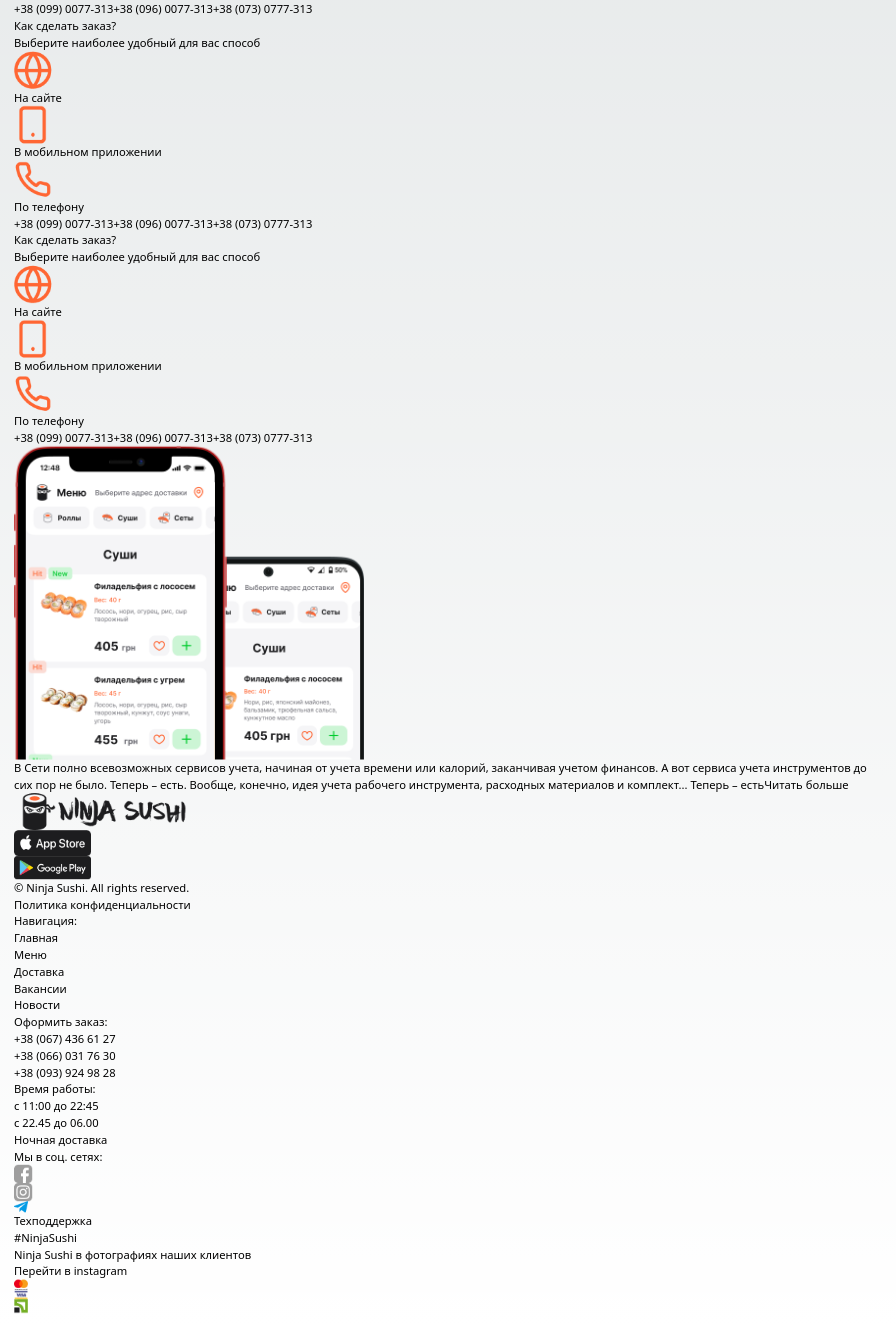
Repository: shokirovG/loyiha
Page: /Delivery
These files come from the project's save history. The page is drawn as it stood at one moment and after a run of saves; the edit follows.
The browser window is 1280 px wide. The pictures show the part of the page from y = 1640 to 3560 px (the page is 3536 px tall before and 3560 px after), at 70% of full size.
The project was rebuilt for these pictures with package versions that can differ from the ones it lists, and the page was loaded fresh each time. The framework's server and built-in components were replaced by stand-ins that run in the browser. Also part of the build but not shown: next.config.js, Components/Burger.jsx, Components/Categories.jsx, Components/Slider.js, Components/OpenNav.jsx.

Above is the page before, as saved 2023-07-02 15:59:51.

### pages/Delivery.jsx
import { Header } from "@/Components";
import DeliveryCards from "@/Components/DeliveryCards";
import Footer from "@/Components/Footer";
import Map from "@/Components/Map";
import React from "react";

const delivery = () => {
  return (
    <div className="container p-5">
      <Header />
      <Map />
      <DeliveryCards />
      <Footer />
    </div>
  );
};

export default delivery;

### Components/index.js
export { default as Header } from "./Header";
export { default as Burger } from "./Burger";
export { default as Categories } from "./Categories";
export { default as Slider } from "./Slider";
export { default as OpenNav } from "./OpenNav";

### Components/DeliveryCards.jsx
import Image from "next/image";
import React from "react";

const DeliveryCards = () => {
  return (
    <div className="w-[1044px] gap-[100px] flex flex-col justify-center items-center border-[5px] h-[2020px] mt-20 m-auto">
      <div className="card_items flex items-start flex-col w-[100%] h-[412px] border-[2px]">
        <h1 className="ml-10 text-[38px] text-[#1D1D1F] font-[700]">
          Как сделать заказ?
        </h1>
        <p className="ml-10 text-[#686870] text-[16px] font-[400]">
          Выберите наиболее удобный для вас способ
        </p>
        <div className="flex w-[100%] justify-center gap-[20px] items-center mt-5">
          <div className="w-[304px] h-[292px] bg-white rounded-[12px] flex flex-col items-center justify-center">
            <Image src={"/imgs/glob.png"} width={54} height={54} />
            <h2 className="text-[#1D1D1F] text-[20px] font-[500] mt-1">
              На сайте
            </h2>
          </div>
          <div className="w-[304px] h-[292px] bg-white rounded-[12px] flex flex-col items-center justify-center">
            <Image src={"/imgs/telNew.png"} width={54} height={54} />
            <h2 className="text-[#1D1D1F] text-[20px] font-[500] mt-1">
              В мобильном приложении
            </h2>
          </div>
          <div className="w-[304px] h-[292px] bg-white rounded-[12px] flex flex-col items-center justify-center">
            <Image src={"/imgs/telcha.png"} width={54} height={54} />
            <h2 className="text-[#1D1D1F] text-[20px] font-[500] mt-1">
              По телефону
            </h2>
            <span className="mt-1 flex items-center justify-center w-[175px] h-[34px] bg-[#F5F5F7] rounded-[24px]">
              +38 (099) 0077-313
            </span>
            <span className="mt-1 flex items-center justify-center w-[175px] h-[34px] bg-[#F5F5F7] rounded-[24px]">
              +38 (096) 0077-313
            </span>
            <span className="mt-1 flex items-center justify-center w-[175px] h-[34px] bg-[#F5F5F7] rounded-[24px]">
              +38 (073) 0777-313
            </span>
          </div>
        </div>
      </div>
      <div className="card_items flex items-start flex-col w-[100%] h-[412px] border-[2px]">
        <h1 className="ml-10 text-[38px] text-[#1D1D1F] font-[700]">Оплата</h1>
        <p className="ml-10 text-[#686870] text-[16px] font-[400]">
          Убедитесь, что стоимость вашего заказа равна или превышает 400 гривен
        </p>
        <div className="flex w-[100%] justify-center gap-[20px] items-center mt-5">
          <div className="w-[304px] h-[292px] bg-white rounded-[12px] flex flex-col items-center justify-center">
            <Image src={"/imgs/glob.png"} width={54} height={54} />
            <h2 className="text-center text-[#1D1D1F] text-[20px] font-[500] mt-1">
              Наличными курьеру
            </h2>
            <p className="ml-10 text-[#686870] text-[16px] font-[400]">
              У наших ниндзя всегда есть сдача
            </p>
          </div>
          <div className="w-[304px] h-[292px] bg-white rounded-[12px] flex flex-col items-center justify-center">
            <Image src={"/imgs/telNew.png"} width={54} height={54} />
            <h2 className="text-[#1D1D1F] text-[20px] font-[500] mt-1">
              В мобильном приложении
            </h2>
          </div>
          <div className="w-[304px] h-[292px] bg-white rounded-[12px] flex flex-col items-center justify-center">
            <Image src={"/imgs/telcha.png"} width={54} height={54} />
            <h2 className="text-[#1D1D1F] text-[20px] font-[500] mt-1">
              По телефону
            </h2>
            <span className="mt-1 flex items-center justify-center w-[175px] h-[34px] bg-[#F5F5F7] rounded-[24px]">
              +38 (099) 0077-313
            </span>
            <span className="mt-1 flex items-center justify-center w-[175px] h-[34px] bg-[#F5F5F7] rounded-[24px]">
              +38 (096) 0077-313
            </span>
            <span className="mt-1 flex items-center justify-center w-[175px] h-[34px] bg-[#F5F5F7] rounded-[24px]">
              +38 (073) 0777-313
            </span>
          </div>
        </div>
      </div>
      <div className="card_items flex items-start flex-col w-[100%] h-[412px] border-[2px]">
        <h1 className="ml-10 text-[38px] text-[#1D1D1F] font-[700]">
          Как сделать заказ?
        </h1>
        <p className="ml-10 text-[#686870] text-[16px] font-[400]">
          Выберите наиболее удобный для вас способ
        </p>
        <div className="flex w-[100%] justify-center gap-[20px] items-center mt-5">
          <div className="w-[304px] h-[292px] bg-white rounded-[12px] flex flex-col items-center justify-center">
            <Image src={"/imgs/glob.png"} width={54} height={54} />
            <h2 className="text-[#1D1D1F] text-[20px] font-[500] mt-1">
              На сайте
            </h2>
          </div>
          <div className="w-[304px] h-[292px] bg-white rounded-[12px] flex flex-col items-center justify-center">
            <Image src={"/imgs/telNew.png"} width={54} height={54} />
            <h2 className="text-[#1D1D1F] text-[20px] font-[500] mt-1">
              В мобильном приложении
            </h2>
          </div>
          <div className="w-[304px] h-[292px] bg-white rounded-[12px] flex flex-col items-center justify-center">
            <Image src={"/imgs/telcha.png"} width={54} height={54} />
            <h2 className="text-[#1D1D1F] text-[20px] font-[500] mt-1">
              По телефону
            </h2>
            <span className="mt-1 flex items-center justify-center w-[175px] h-[34px] bg-[#F5F5F7] rounded-[24px]">
              +38 (099) 0077-313
            </span>
            <span className="mt-1 flex items-center justify-center w-[175px] h-[34px] bg-[#F5F5F7] rounded-[24px]">
              +38 (096) 0077-313
            </span>
            <span className="mt-1 flex items-center justify-center w-[175px] h-[34px] bg-[#F5F5F7] rounded-[24px]">
              +38 (073) 0777-313
            </span>
          </div>
        </div>
      </div>
      <div className="card_items flex items-start flex-col w-[100%] h-[412px] border-[2px]">
        <h1 className="ml-10 text-[38px] text-[#1D1D1F] font-[700]">
          Как сделать заказ?
        </h1>
        <p className="ml-10 text-[#686870] text-[16px] font-[400]">
          Выберите наиболее удобный для вас способ
        </p>
        <div className="flex w-[100%] justify-center gap-[20px] items-center mt-5">
          <div className="w-[304px] h-[292px] bg-white rounded-[12px] flex flex-col items-center justify-center">
            <Image src={"/imgs/glob.png"} width={54} height={54} />
            <h2 className="text-[#1D1D1F] text-[20px] font-[500] mt-1">
              На сайте
            </h2>
          </div>
          <div className="w-[304px] h-[292px] bg-white rounded-[12px] flex flex-col items-center justify-center">
            <Image src={"/imgs/telNew.png"} width={54} height={54} />
            <h2 className="text-[#1D1D1F] text-[20px] font-[500] mt-1">
              В мобильном приложении
            </h2>
          </div>
          <div className="w-[304px] h-[292px] bg-white rounded-[12px] flex flex-col items-center justify-center">
            <Image src={"/imgs/telcha.png"} width={54} height={54} />
            <h2 className="text-[#1D1D1F] text-[20px] font-[500] mt-1">
              По телефону
            </h2>
            <span className="mt-1 flex items-center justify-center w-[175px] h-[34px] bg-[#F5F5F7] rounded-[24px]">
              +38 (099) 0077-313
            </span>
            <span className="mt-1 flex items-center justify-center w-[175px] h-[34px] bg-[#F5F5F7] rounded-[24px]">
              +38 (096) 0077-313
            </span>
            <span className="mt-1 flex items-center justify-center w-[175px] h-[34px] bg-[#F5F5F7] rounded-[24px]">
              +38 (073) 0777-313
            </span>
          </div>
        </div>
      </div>
    </div>
  );
};

export default DeliveryCards;

### Components/Footer.jsx
import Image from "next/image";
import Link from "next/link";
import React from "react";

const Footer = () => {
  return (
    <div className="bigOne w-[100%] min-h-[160vh] gap-[50px] text-[16px] text-[#9E9E9E] flex flex-col justify-between mt-10">
      <div className="fex justify-around adv w-[100%] border-[3px]">
        <Image src={"/imgs/newTel.png"} width={500} height={644} />
      </div>
      <p className="paragraph w-[60%] text-center m-auto">
        В Сети полно всевозможных сервисов учета, начиная от учета времени или
        калорий, заканчивая учетом финансов. А вот сервиса учета инструментов до
        сих пор не было. Теперь – есть. Вообще, конечно, идея учета рабочего
        инструмента, расходных материалов и комплект... Теперь – есть
        <span className="float-right text-[#00CC2D] mt-2">Читать больше</span>
      </p>
      <div className="footer flex items-center justify-evenly max-w-[100%] bg-white min-h-[376px] rounded-lg">
        <div className="w-[246px] h-[248px] flex flex-col items-center justify-between">
          <div className="w-[246px] h-[156px] flex flex-col items-center justify-around">
            <Image src={"/imgs/logo.png"} width={246} height={59} />
            <div className="w-[246px] flex justify-around">
              <Image src={"/imgs/appstore.png"} width={110} height={37} />
              <Image src={"/imgs/google.png"} width={110} height={37} />
            </div>
            <span className="text-[14px]">
              © Ninja Sushi. All rights reserved.
            </span>
          </div>
          <span className="text-[14px] text-[#1D1D1F] font-[500]">
            Политика конфиденциальности
          </span>
        </div>
        <div className="footer_items max-w-[754px] min-h-[184px] flex justify-between gap-10 mb-5">
          <ul className="flex flex-col gap-[5px] w-[101px] h-[100%]">
            <li className="text-[14px] text-[#686870]">Навигация:</li>
            <li>
              <Link
                className="text-[16px] text-[#1D1D1F] font-[500]"
                href={"/"}
              >
                Главная
              </Link>
            </li>
            <li>
              <Link
                className="text-[16px] text-[#1D1D1F] font-[500]"
                href={"#"}
              >
                Меню
              </Link>
            </li>
            <li>
              <Link
                className="text-[16px] text-[#1D1D1F] font-[500]"
                href={"#"}
              >
                Доставка
              </Link>
            </li>
            <li>
              <Link
                className="text-[16px] text-[#1D1D1F] font-[500]"
                href={"#"}
              >
                Вакансии
              </Link>
            </li>
            <li>
              <Link
                className="text-[16px] text-[#1D1D1F] font-[500]"
                href={"#"}
              >
                Новости
              </Link>
            </li>
          </ul>

          <ul className="w-[168px] h-[120px] flex flex-col items-start gap-[5px]">
            <li className="text-[14px] text-[#686870]">Оформить заказ:</li>
            <li>
              <Link
                className="text-[16px] text-[#1D1D1F] font-[500]"
                href={"/"}
              >
                +38 (067) 436 61 27
              </Link>
            </li>
            <li>
              <Link
                className="text-[16px] text-[#1D1D1F] font-[500]"
                href={"#"}
              >
                +38 (066) 031 76 30
              </Link>
            </li>
            <li>
              <Link
                className="text-[16px] text-[#1D1D1F] font-[500]"
                href={"#"}
              >
                +38 (093) 924 98 28
              </Link>
            </li>
          </ul>

          <ul className="w-[137px] h-[120px] flex flex-col items-start gap-[5px]">
            <li className="text-[14px] text-[#686870]">Время работы:</li>
            <li>
              <Link
                className="text-[16px] text-[#1D1D1F] font-[500]"
                href={"/"}
              >
                с 11:00 до 22:45
              </Link>
            </li>
            <li>
              <Link
                className="text-[16px] text-[#1D1D1F] font-[500]"
                href={"#"}
              >
                с 22.45 до 06.00
              </Link>
            </li>
            <li className="text-[14px] text-[#686870]">Ночная доставка</li>
          </ul>

          <div className="w-[174px] h-[120px] flex flex-col gap-[12px]">
            <span>Мы в соц. сетях:</span>
            <div className="flex w-[64px] h-[26px] justify-between">
              <Image src={"/imgs/face.png"} width={26} height={26} />
              <Image src={"/imgs/insta.png"} width={26} height={26} />
            </div>
            <button className="w-[160px] h-[40px] bg-[#F5F5F7] rounded-lg flex justify-around items-center p-[12px]">
              <Image src={"/imgs/telegram.png"} width={20} height={16} />
              <Link
                className="text-[#039BE5] text-[16px] font-mono font-[500]"
                href={"#"}
              >
                Техподдержка
              </Link>
            </button>
          </div>
        </div>
        <div className="mb-[40px] ml-12 others w-[246px] min-h-[248px] flex flex-col justify-between pt-[20px] items-center">
          <div className="w-[246px] h-[194] gap-[5px] flex flex-col">
            <h1
              className="title text-[42px] text-[#1D1D1F] font-[700]"
              id="title"
            >
              #NinjaSushi
            </h1>
            <p className="text-[#9E9E9E] text-[16px] line-[24px]" id="texts">
              Ninja Sushi в фотографиях наших клиентов
            </p>
            <button
              id="button"
              className="w-[246px] h-[56px] bg-[#F5F5F7] rounded-[12px] text-[#00CC2D] font-[500] text-[16px] font-[Inter]"
            >
              <Link href={"https://www.instagram.com/bektoshevich_01/"}>
                Перейти в instagram
              </Link>
            </button>
          </div>
          <div className="flex w-[105px] h-[18px] justify-around">
            <Image src={"/imgs/master.png"} width={20} height={16} />
            <Image src={"/imgs/visa.png"} width={20} height={16} />
            <Image src={"/imgs/pg.png"} width={20} height={16} />
          </div>
        </div>
      </div>
    </div>
  );
};

export default Footer;

### Components/Map.jsx
import React from "react";

const Map = () => {
  return (
    <div className="mt-10 bg-white p-[10px] rounded-lg">
      <p className="text-[#1D1D1F] text-[38px] font-mono font-[700] text-center w-[75%] m-auto mb-10">
        Каждая кухня работает со своей зоной доставки, чтобы привезти еду
        максимально быстро
      </p>
      <iframe
        src="https://www.google.com/maps/embed?pb=!1m14!1m12!1m3!1d6208606.72630882!2d63.60678502500006!3d40.55161279105365!2m3!1f0!2f0!3f0!3m2!1i1024!2i768!4f13.1!5e0!3m2!1sen!2s!4v1688101336875!5m2!1sen!2s"
        width="100%"
        height="600"
        className="rounded-2xl"
        allowFullScreen=""
        loading="lazy"
        referrerpolicy="no-referrer-when-downgrade"
      ></iframe>
    </div>
  );
};

export default Map;

### Components/Header.jsx
"use client";

import React from "react";
import Image from "next/image";
import { Burger } from ".";
import Link from "next/link";

const Header = () => {
  return (
    <header
      id="header"
      className="sm:w-auto p-5 md:flex lg:flex xl:flex items-center w-screen justify-around h-24 bg-white mb-[16px]"
    >
      <div className="w-52 h-12" id="logo">
        <Link href="/" className="">
          <Image src="/imgs/logo.PNG" alt="logo" width={214} height={48} />
        </Link>
      </div>
      <div
        id="nav"
        className="w-3/4 sm:flex md:flex md:items-center md:justify-between lg:flex lg:items-center lg:justify-between"
      >
        <ul
          id="navbar"
          className="lg:flex xl:flex md:flex 2xl:flex items-center w-3/6 justify-between gap-12 md:gap-2 lg:gap-12"
        >
          <li
            id="flag"
            className="flex w-20 justify-around items-center g-4 h-3"
          >
            <Image src="/imgs/flag.PNG" alt="logo" width={20} height={2} />
            <a href="#" className="ml-2">
              Киев
            </a>
          </li>
          <li className="">
            <a href="#" className="">
              Главная
            </a>
          </li>
          <li className="">
            <a href="#" className="">
              Доставка
            </a>
          </li>
          <li className="w-12 flex">
            <a href="#" className="w-12">
              О нас
            </a>
          </li>
          <li className="">
            <a href="#" className="">
              Новости
            </a>
          </li>
          <li className="flex items-center" id="last">
            <a
              href="#"
              id="last"
              className="w-48 justify-around flex items-center"
            >
              <Image src="/imgs/tel.PNG" alt="logo" width={24} height={24} />
              <span>+38 097 699 34 38</span>
            </a>
          </li>
        </ul>
        <div id="btns" className="flex items-center w-80 h-14">
          <div className="flex w-12 border items-center justify-center h-12 rounded-lg">
            <Image src="/imgs/bell.PNG" alt="logo" width={24} height={24} />
          </div>
          <div className="flex w-12 border items-center ml-2 justify-center h-12 rounded-lg">
            <Image src="/imgs/like.PNG" alt="logo" width={24} height={24} />
          </div>
          <div className="flex w-12 border items-center ml-2 justify-center h-12 rounded-lg">
            <Image src="/imgs/person.PNG" alt="logo" width={24} height={24} />
          </div>
          <div className="flex w-32 justify-around ml-2 border items-center h-12 rounded-lg">
            <span>Корзина</span>
            <Image src="/imgs/cart.PNG" alt="logo" width={24} height={24} />
          </div>
        </div>
      </div>

      {/* <Burger /> */}
    </header>
  );
};
export default Header;

Loaded but not shown: pages/_app.js (common file); pages/_document.js (common file); styles/globals.css (common file); tailwind.config.js (common file)

After the next 2 saves:
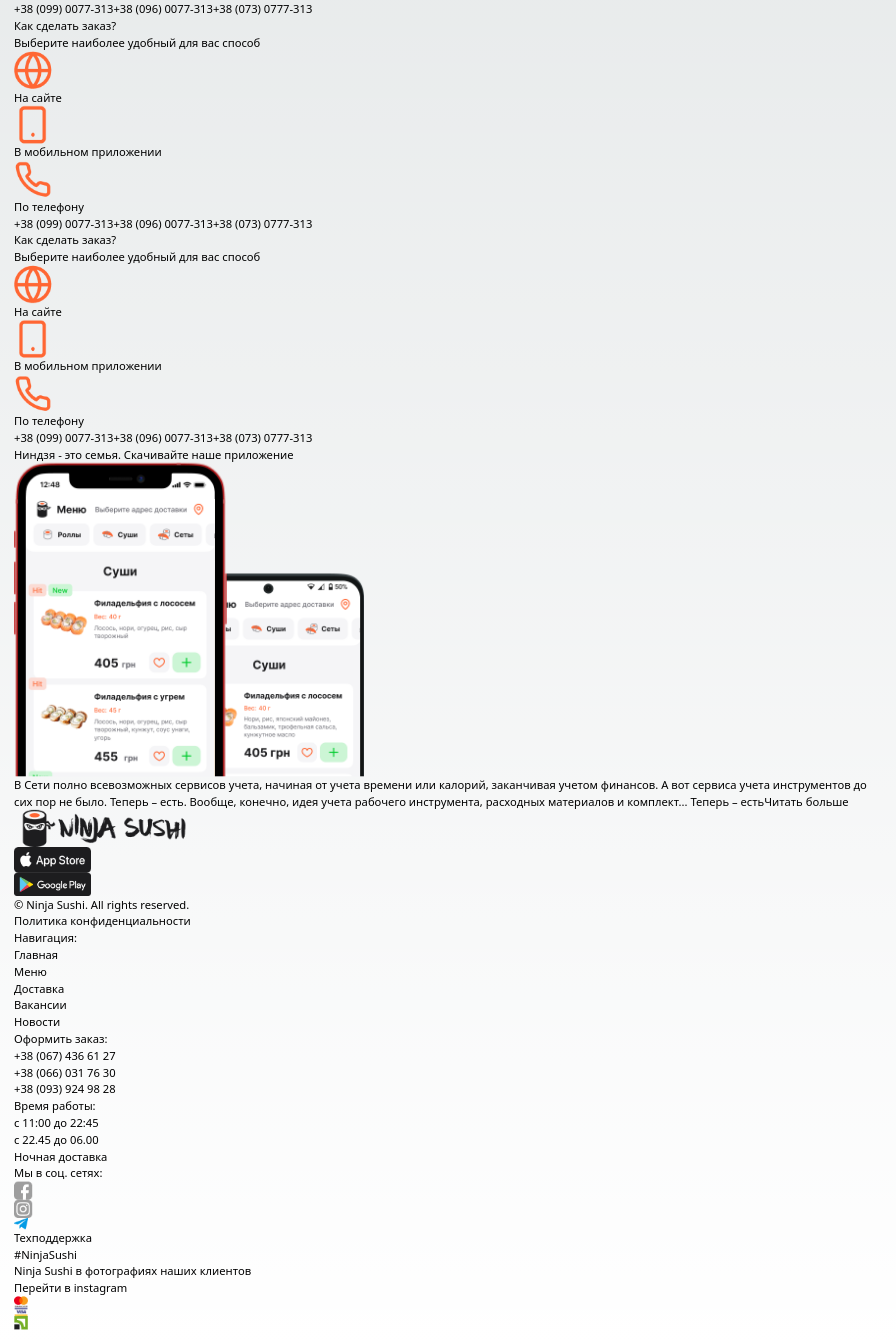
The 2 saves are shown as one change because they came seconds apart.
The last was saved 32 s later.
--- a/Components/Footer.jsx
+++ b/Components/Footer.jsx
@@ -6,6 +6,9 @@
   return (
     <div className="bigOne w-[100%] min-h-[160vh] gap-[50px] text-[16px] text-[#9E9E9E] flex flex-col justify-between mt-10">
       <div className="fex justify-around adv w-[100%] border-[3px]">
+        <div>
+          <h1>Ниндзя - это семья. Скачивайте наше приложение</h1>
+        </div>
         <Image src={"/imgs/newTel.png"} width={500} height={644} />
       </div>
       <p className="paragraph w-[60%] text-center m-auto">
